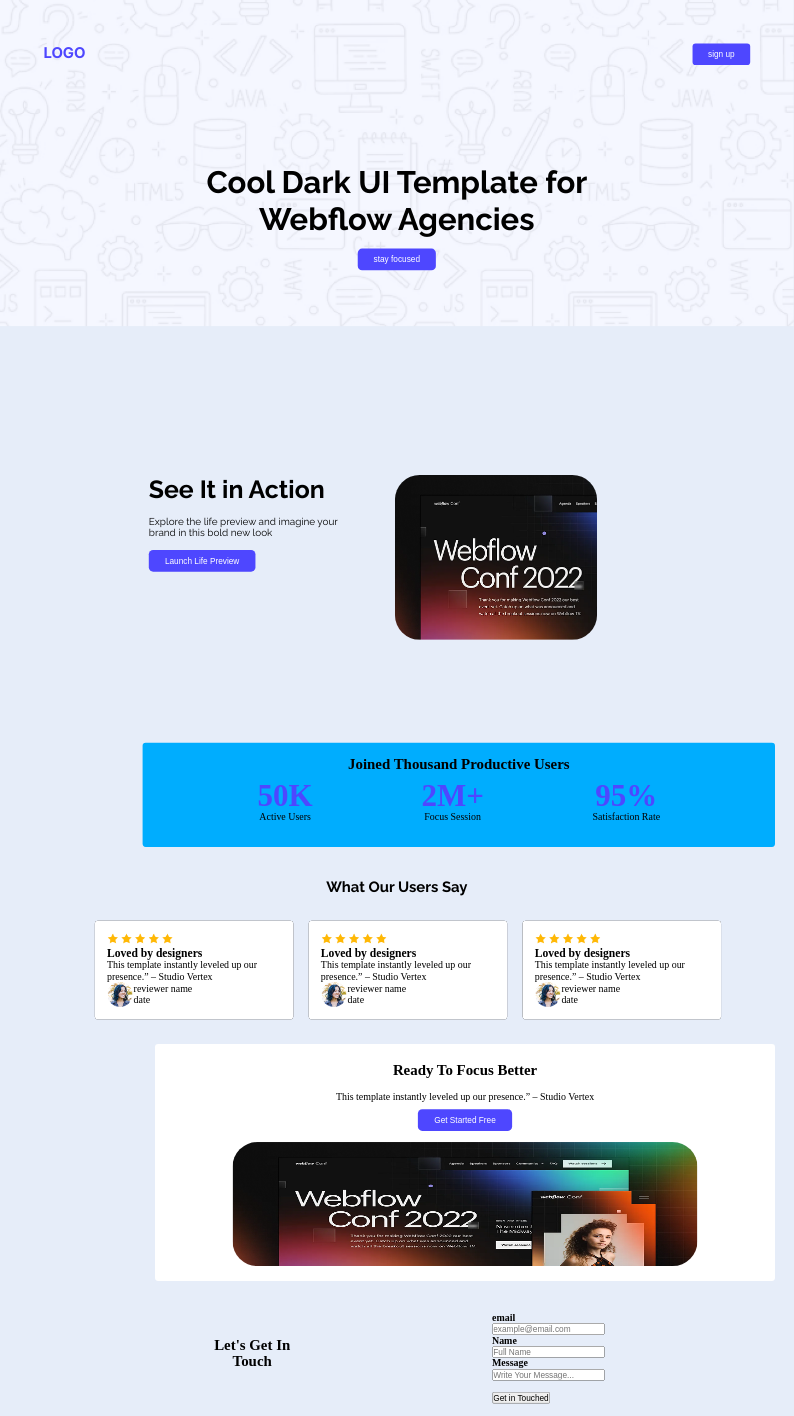
Repository: dollyrakhe22/landing-launchpad
Page: index.html
These files come from the project's save history. The page is drawn as it stood at one moment and after the next save; the edit follows.
The browser window is 1280 px wide. The pictures show the whole page, at 62% of full size.

Above is the page before, as saved 2025-07-11 10:18:14.

After the next save:
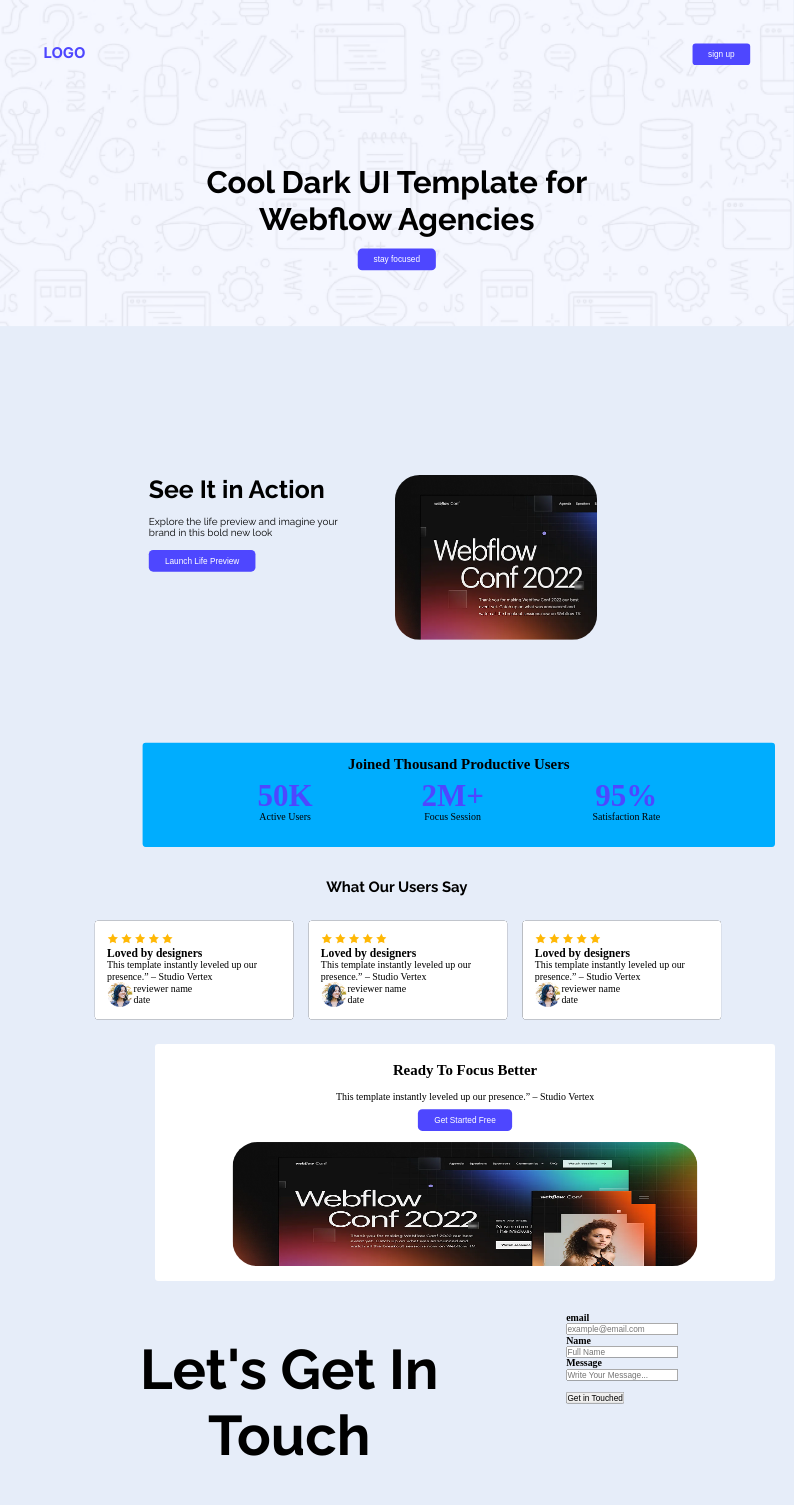
Saved 92 s later.
--- a/index.html
+++ b/index.html
@@ -146,7 +146,7 @@
 <section>
  <div>
     <div class="lets">
-        <h1>Let's Get In<br>Touch</h1>
+        <h1 class="raleway-normal">Let's Get In<br>Touch</h1>
   <div class="wrapper">
     <div class="input-data">
         <h4>email</h4>
--- a/style.css
+++ b/style.css
@@ -181,4 +181,6 @@ nav button{
 .lets h1{
         text-align: center;
         margin: 40px;
+        font-size: 90px;
+        font-weight: bold;
 }
